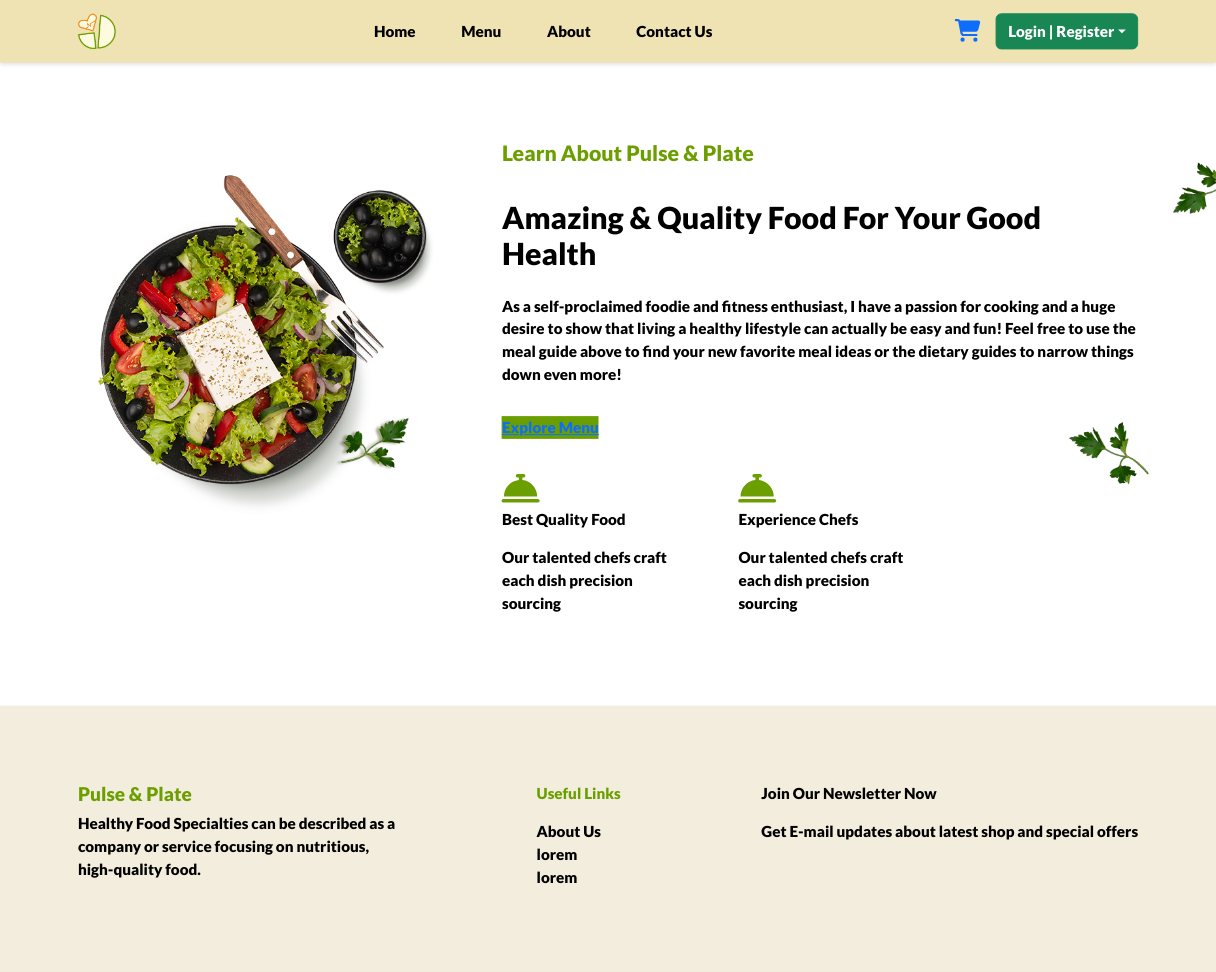
Repository: zeinawady/Pulse-and-Plate
Page: /about
These files come from the project's save history. The page is drawn as it stood at one moment and after the next save; the edit follows.
The browser window is 1280 px wide. The pictures show the whole page, at 95% of full size.
The project was rebuilt for these pictures with package versions that can differ from the ones it lists, and the page was loaded fresh each time. Also part of the build but not shown: src/components/Main/Main.js, src/components/Menu/MealCard.css, src/components/Menu/MealCard.js, src/components/Menu/Categories.css, src/components/Menu/Categories.js, src/components/Menu/Menu.css, src/components/Menu/Menu.js, src/components/WhyChooseUs/WhyChooseUs.css and 18 more. Imported but missing from the stored project, and not drawn on this page: src/components/AdminProfile/AdminProfile, src/components/PaymentPage/PaymentPage.

Above is the page before, as saved 2025-05-16 22:40:37.

After the next save:
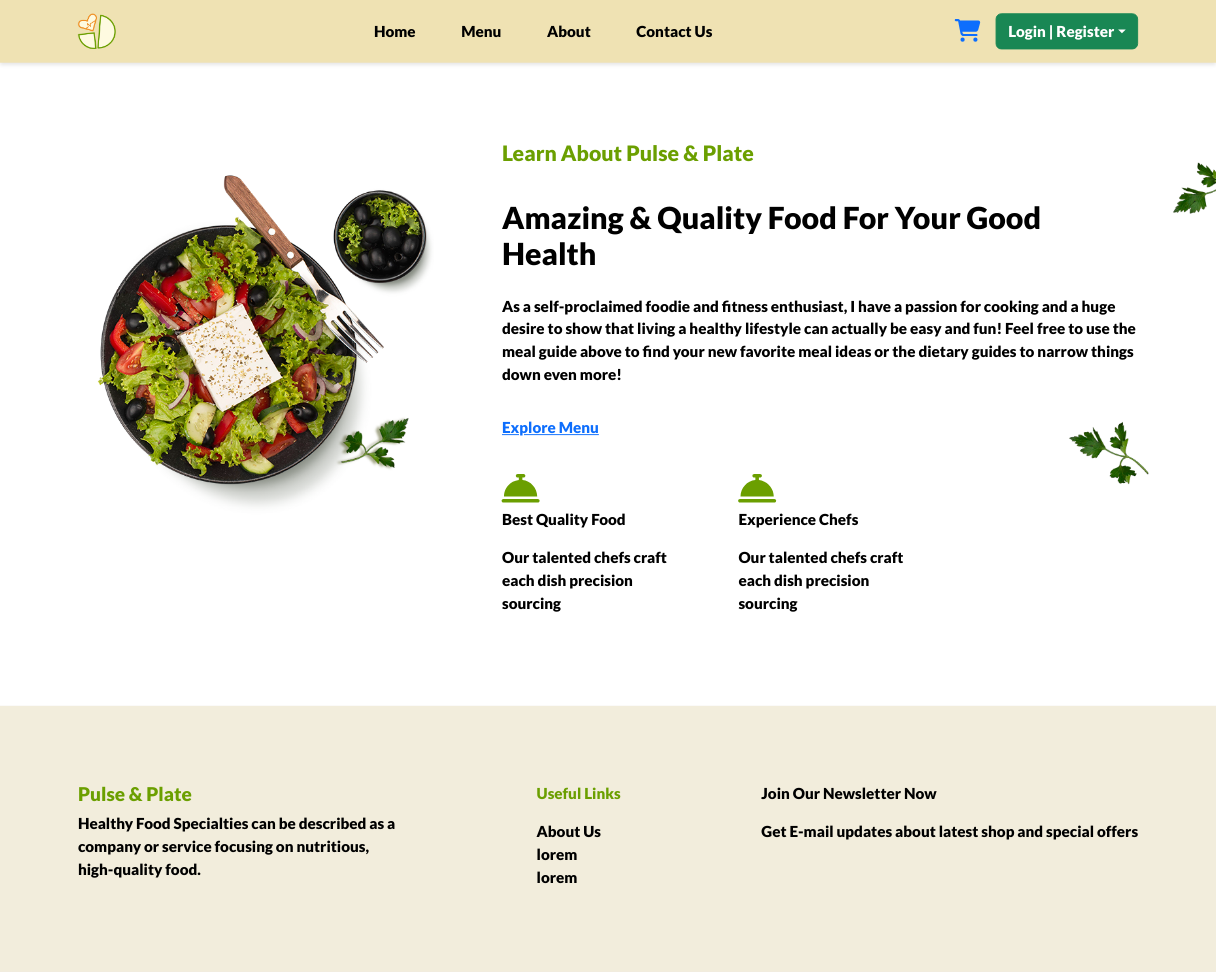
Saved 6 s later.
--- a/src/components/About/About.js
+++ b/src/components/About/About.js
@@ -19,7 +19,7 @@
             guides to narrow things down even more!
           </p>
           <div className="buttons">
-            <Link to="/menu" className="custom-btn">Explore Menu</Link>
+            <Link to="/menu">Explore Menu</Link>
           </div>
           <div className="icons">
             <div className="icon">

After the save that followed:
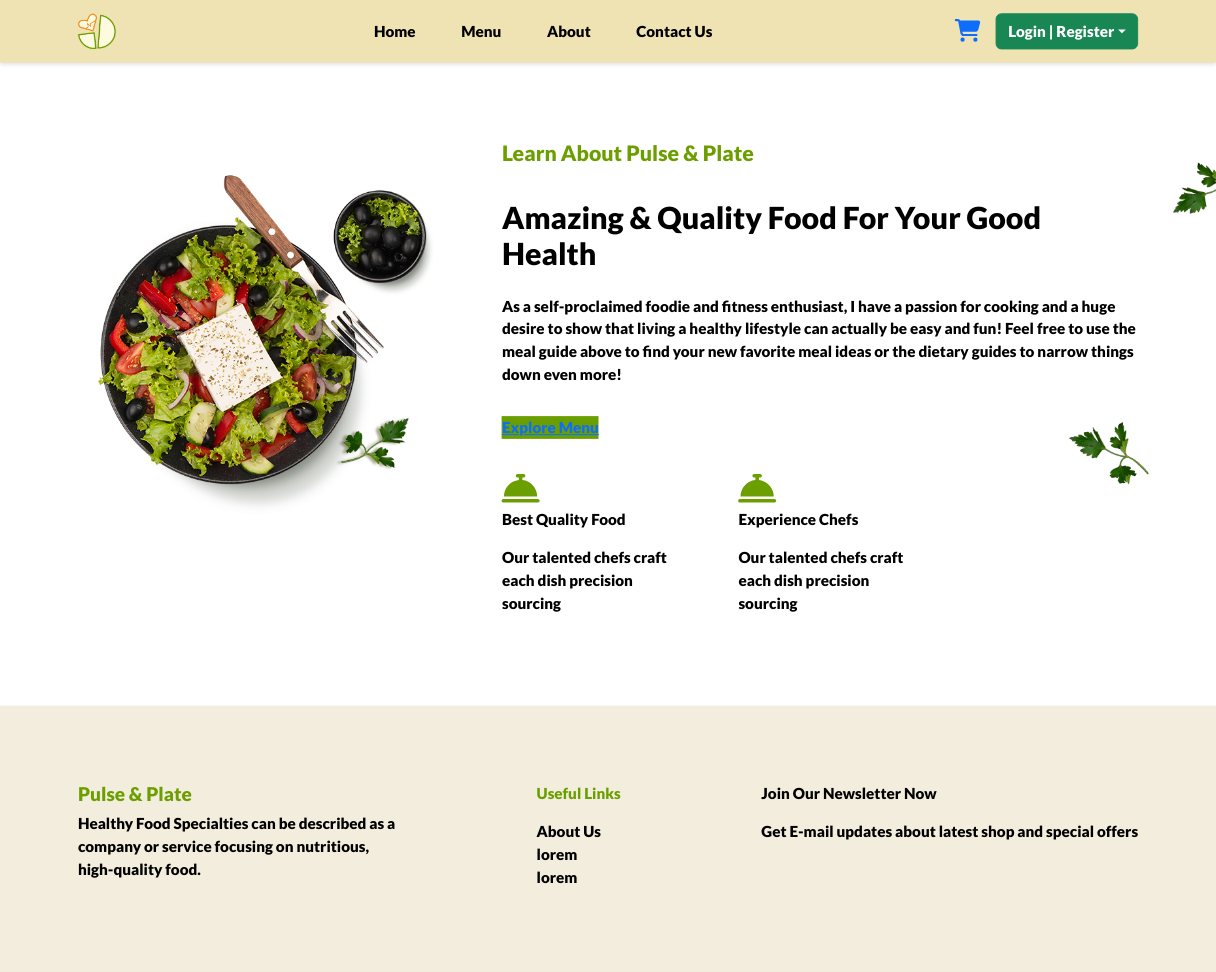
Saved 4 s later.
--- a/src/components/About/About.js
+++ b/src/components/About/About.js
@@ -19,7 +19,7 @@
             guides to narrow things down even more!
           </p>
           <div className="buttons">
-            <Link to="/menu">Explore Menu</Link>
+            <Link to="/menu" className="custom-btn">Explore Menu</Link>
           </div>
           <div className="icons">
             <div className="icon">
